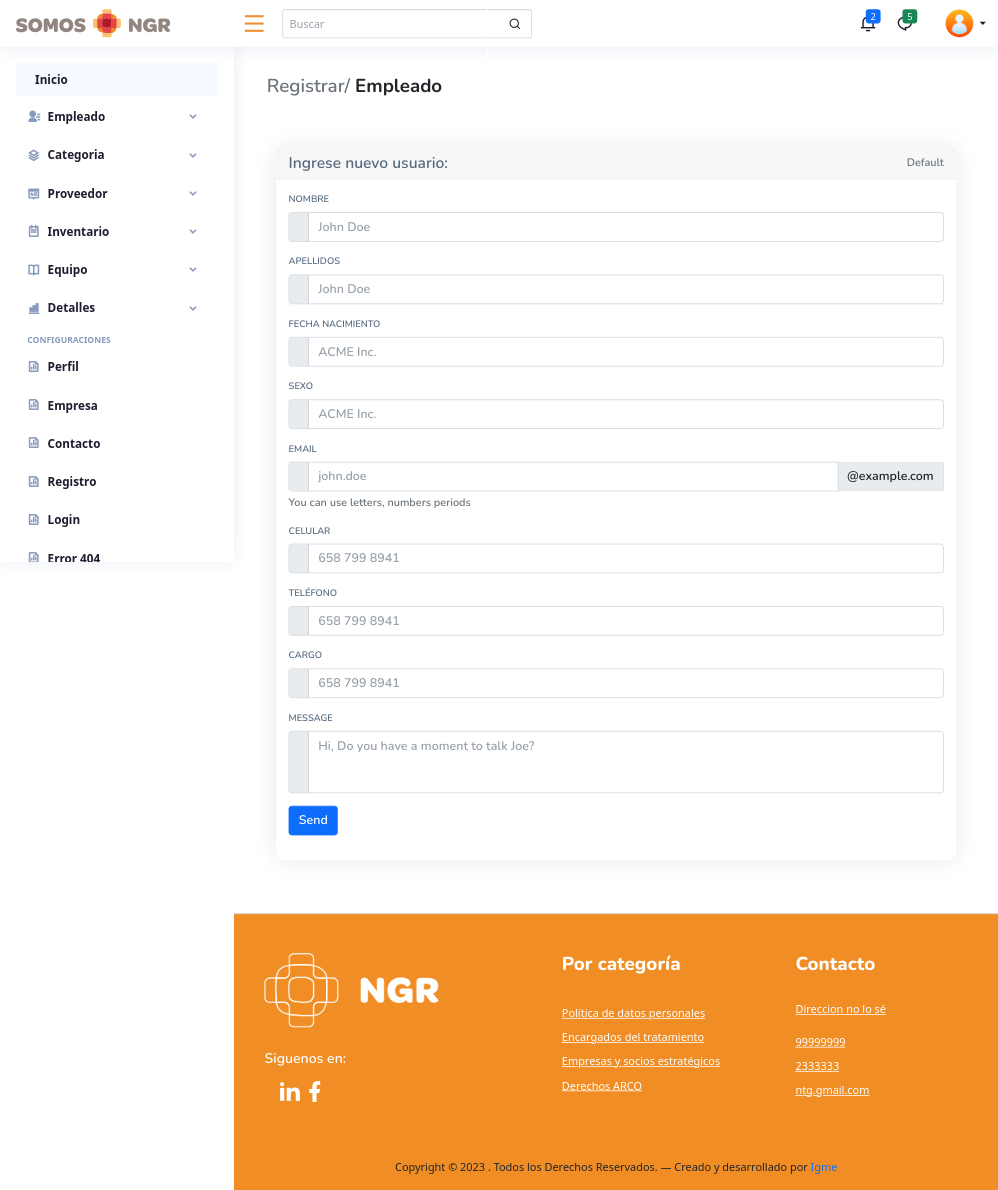
Repository: igmeMarcial/ProyectoLP-2023
Page: http://localhost/proyectoLP_2023/RegistrarEmpleado.jsp
These files come from the project's save history. The page is drawn as it stood at one moment and after the next save; the edit follows.
The browser window is 1280 px wide. The pictures show the whole page, at 78% of full size.
Some web fonts or font styles are not loaded; a fallback is used. The page is served by Tomcat 9. The template is opened directly, without the code that normally fills it, so the values that code supplies are empty.

Above is the page before, as saved 2023-03-23 04:08:13.

After the next save:
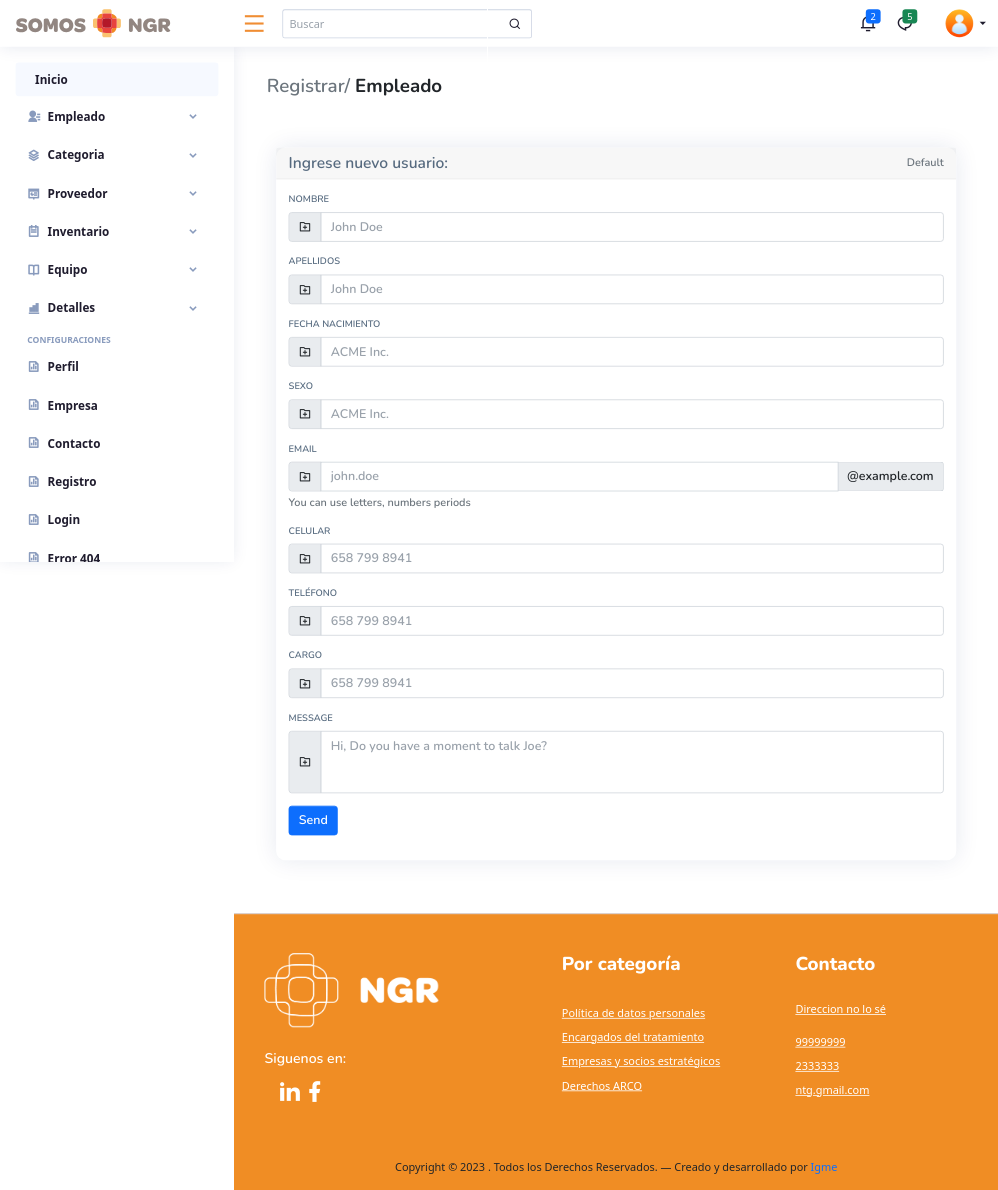
Saved 100 s later.
--- a/proyectoLP_2023/WebContent/RegistrarEmpleado.jsp
+++ b/proyectoLP_2023/WebContent/RegistrarEmpleado.jsp
@@ -306,35 +306,35 @@
 									<div class="mb-3">
 										<label class="form-label" for="basic-icon-default-fullname">Nombre</label>
 										<div class="input-group input-group-merge">
-											<span id="basic-icon-default-fullname2" class="input-group-text"><i class="bx bx-user"></i></span>
+											<span id="basic-icon-default-fullname2" class="input-group-text"><i class="ri-folder-add-line"></i></span>
 											<input type="text" class="form-control" id="basic-icon-default-fullname" placeholder="John Doe" aria-label="John Doe" aria-describedby="basic-icon-default-fullname2" />
 										</div>
 									</div>
 									<div class="mb-3">
 										<label class="form-label" for="basic-icon-default-fullname">Apellidos</label>
 										<div class="input-group input-group-merge">
-											<span id="basic-icon-default-fullname2" class="input-group-text"><i class="bx bx-user"></i></span>
+											<span id="basic-icon-default-fullname2" class="input-group-text"><i class="ri-folder-add-line"></i></span>
 											<input type="text" class="form-control" id="basic-icon-default-fullname" placeholder="John Doe" aria-label="John Doe" aria-describedby="basic-icon-default-fullname2" />
 										</div>
 									</div>
 									<div class="mb-3">
 										<label class="form-label" for="basic-icon-default-company">Fecha Nacimiento</label>
 										<div class="input-group input-group-merge">
-											<span id="basic-icon-default-company2" class="input-group-text"><i class="bx bx-buildings"></i></span>
+											<span id="basic-icon-default-company2" class="input-group-text"><i class="ri-folder-add-line"></i></span>
 											<input type="text" id="basic-icon-default-company" class="form-control" placeholder="ACME Inc." aria-label="ACME Inc." aria-describedby="basic-icon-default-company2" />
 										</div>
 									</div>
 									<div class="mb-3">
 										<label class="form-label" for="basic-icon-default-company">Sexo</label>
 										<div class="input-group input-group-merge">
-											<span id="basic-icon-default-company2" class="input-group-text"><i class="bx bx-buildings"></i></span>
+											<span id="basic-icon-default-company2" class="input-group-text"><i class="ri-folder-add-line"></i></span>
 											<input type="text" id="basic-icon-default-company" class="form-control" placeholder="ACME Inc." aria-label="ACME Inc." aria-describedby="basic-icon-default-company2" />
 										</div>
 									</div>
 									<div class="mb-3">
 										<label class="form-label" for="basic-icon-default-email">Email</label>
 										<div class="input-group input-group-merge">
-											<span class="input-group-text"><i class="bx bx-envelope"></i></span>
+											<span class="input-group-text"><i class="ri-folder-add-line"></i></span>
 											<input type="text" id="basic-icon-default-email" class="form-control" placeholder="john.doe" aria-label="john.doe" aria-describedby="basic-icon-default-email2" />
 											<span id="basic-icon-default-email2" class="input-group-text">@example.com</span>
 										</div>
@@ -343,28 +343,28 @@
 									<div class="mb-3">
 										<label class="form-label" for="basic-icon-default-phone">Celular</label>
 										<div class="input-group input-group-merge">
-											<span id="basic-icon-default-phone2" class="input-group-text"><i class="bx bx-phone"></i></span>
+											<span id="basic-icon-default-phone2" class="input-group-text"><i class="ri-folder-add-line"></i></span>
 											<input type="text" id="basic-icon-default-phone" class="form-control phone-mask" placeholder="658 799 8941" aria-label="658 799 8941" aria-describedby="basic-icon-default-phone2" />
 										</div>
 									</div>
 									<div class="mb-3">
 										<label class="form-label" for="basic-icon-default-phone">Teléfono</label>
 										<div class="input-group input-group-merge">
-											<span id="basic-icon-default-phone2" class="input-group-text"><i class="bx bx-phone"></i></span>
+											<span id="basic-icon-default-phone2" class="input-group-text"><i class="ri-folder-add-line"></i></span>
 											<input type="text" id="basic-icon-default-phone" class="form-control phone-mask" placeholder="658 799 8941" aria-label="658 799 8941" aria-describedby="basic-icon-default-phone2" />
 										</div>
 									</div>
 									<div class="mb-3">
 										<label class="form-label" for="basic-icon-default-phone">Cargo</label>
 										<div class="input-group input-group-merge">
-											<span id="basic-icon-default-phone2" class="input-group-text"><i class="bx bx-phone"></i></span>
+											<span id="basic-icon-default-phone2" class="input-group-text"><i class="ri-folder-add-line"></i></span>
 											<input type="text" id="basic-icon-default-phone" class="form-control phone-mask" placeholder="658 799 8941" aria-label="658 799 8941" aria-describedby="basic-icon-default-phone2" />
 										</div>
 									</div>
 									<div class="mb-3">
 										<label class="form-label" for="basic-icon-default-message">Message</label>
 										<div class="input-group input-group-merge">
-											<span id="basic-icon-default-message2" class="input-group-text"><i class="bx bx-comment"></i></span>
+											<span id="basic-icon-default-message2" class="input-group-text"><i class="ri-folder-add-line"></i></span>
 											<textarea
 												id="basic-icon-default-message"
 												class="form-control"
